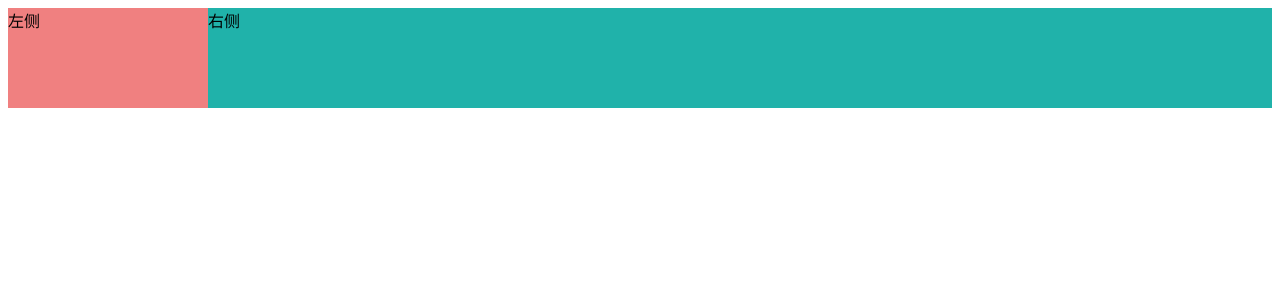
Repository: ljwrookie/Front-end-interview-handwritten-code
Page: 两栏布局.html
An editor plug-in stored every save of this project. The page is shown before and after the next save, followed by the edit.
The browser window is 1280 px wide. The pictures show the whole page.

Above is the page before, as saved 2022-04-07 11:34:15.

### 两栏布局.html
<!DOCTYPE html>
<html lang="en">
	<head>
		<meta charset="UTF-8" />
		<meta http-equiv="X-UA-Compatible" content="IE=edge" />
		<meta name="viewport" content="width=device-width, initial-scale=1.0" />
		<title>两栏布局</title>
		<style>
			.outer {
				height: 100px;
			}
			.left {
				float: left;
				width: 200px;
				height: 100%;
				background: lightcoral;
			}
			.right {
				margin-left: 200px;
				height: 100%;
				background: lightseagreen;
			}
		</style>
	</head>
	<body>
		<div class="outer">
			<div class="left">左侧</div>
			<div class="right">右侧</div>
		</div>
	</body>
</html>

After the next save:
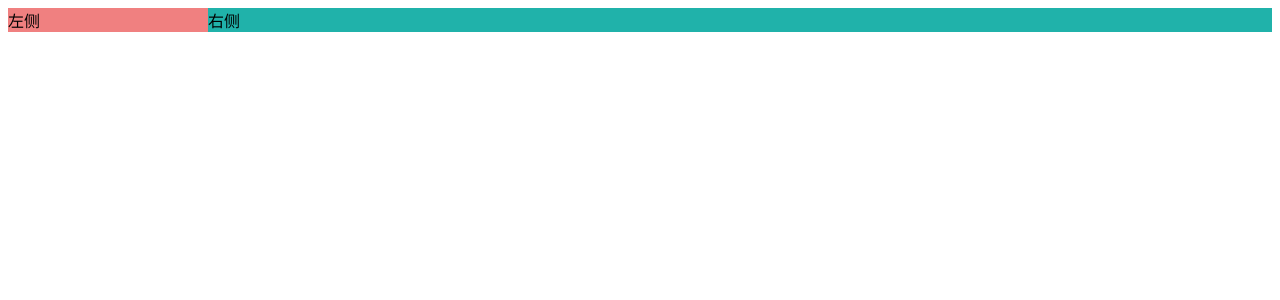
Saved 62 s later.
--- a/两栏布局.html
+++ b/两栏布局.html
@@ -12,12 +12,12 @@
 			.left {
 				float: left;
 				width: 200px;
-				height: 100%;
+				/* height: 100%; */
 				background: lightcoral;
 			}
 			.right {
 				margin-left: 200px;
-				height: 100%;
+				/* height: 100%; */
 				background: lightseagreen;
 			}
 		</style>

After the save that followed:
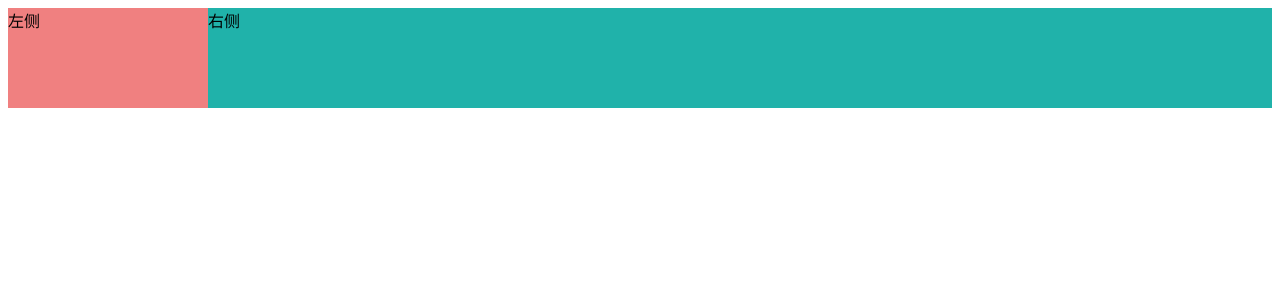
Saved 8 s later.
--- a/两栏布局.html
+++ b/两栏布局.html
@@ -12,12 +12,12 @@
 			.left {
 				float: left;
 				width: 200px;
-				/* height: 100%; */
+				height: 100%;
 				background: lightcoral;
 			}
 			.right {
 				margin-left: 200px;
-				/* height: 100%; */
+				height: 100%;
 				background: lightseagreen;
 			}
 		</style>
